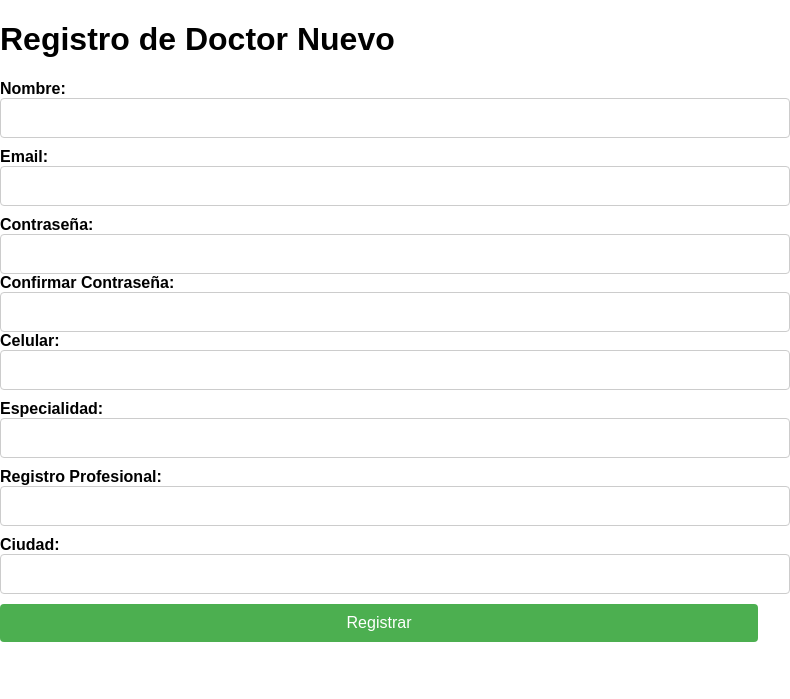
Repository: werfelyesid/historia20
Page: /register
An editor plug-in stored every save of this project. The page is shown before and after the next save, followed by the edit.
The browser window is 768 px wide. The page is 790 px wide, so the pictures cover 790 px, including what lies to the right of the window. The pictures show the whole page.
The project was rebuilt for these pictures with package versions that can differ from the ones it lists, and the page was loaded fresh each time. Also part of the build but not shown: src/Login.js, src/Welcome.tsx, src/NuevoPaciente.js, src/Agenda.css, src/Agenda.tsx, src/Odontograma.css, src/tratamientos.js, src/diagnosticos.js and 20 more.

Above is the page before, as saved 2024-10-19 07:06:40.

After the next save:
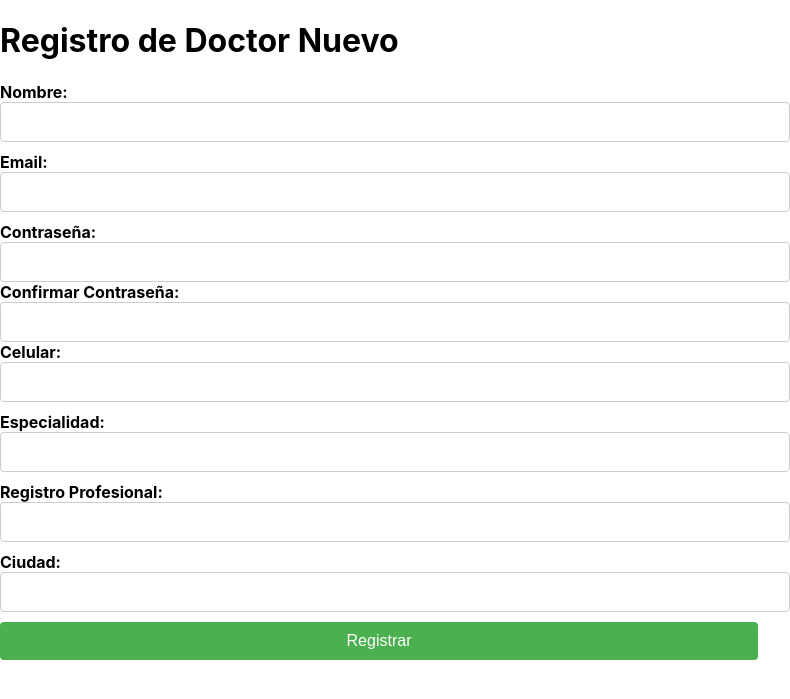
Saved 26 s later.
--- a/src/HistoriaClinica.css
+++ b/src/HistoriaClinica.css
@@ -1,92 +1,94 @@
-/* Estilos generales */
-body {
-  font-family: Arial, sans-serif;
-  margin: 0;
-  padding: 0;
+/* Estilos para la navegación global */
+.globalnav-link-text-container {
+  display: flex;
+  flex-wrap: wrap;
+  background-color: #2c2c2c;
+  padding: 15px 10px;
+  color: white;
+  border-radius: 5px;
 }
 
+.globalnav-link-text-container ul {
+  list-style-type: none;
+  padding: 0;
+  margin: 0;
+  display: flex;
+  flex-wrap: wrap;
+  gap: 10px;
+}
+
+.globalnav-link-text-container li {
+  margin: 0;
+}
+
+.globalnav-link-text-container button {
+  padding: 10px 20px;
+  background-color: transparent;
+  color: white;
+  font-size: 14px;
+  text-align: center;
+  border: 1px solid #555;
+  border-radius: 5px;
+  cursor: pointer;
+  transition: all 0.3s ease;
+}
+
+.globalnav-link-text-container button:hover,
+.globalnav-link-text-container button:focus {
+  background-color: #007bff;
+  outline: none;
+}
+
+.globalnav-link-text-container button:active {
+  transform: scale(1.05);
+  border: 2px solid white;
+  box-shadow: 0 0 0 2px white, 0 0 0 4px #007bff;
+  animation: border-flash 0.3s ease-out;
+}
+
+@keyframes border-flash {
+  0% {
+    box-shadow: 0 0 0 2px rgba(255, 255, 255, 0), 0 0 0 4px rgba(0, 123, 255, 0);
+  }
+  50% {
+    box-shadow: 0 0 0 2px rgba(255, 255, 255, 1), 0 0 0 4px rgba(0, 123, 255, 1);
+  }
+  100% {
+    box-shadow: 0 0 0 2px rgba(255, 255, 255, 0), 0 0 0 4px rgba(0, 123, 255, 0);
+  }
+}
+
+/* Estilos para el contenedor principal */
 .container {
   display: flex;
   flex-direction: row;
-  height: 100vh;
+  max-width: 1200px;
+  margin: 0 auto;
+  padding: 20px;
 }
 
 .sidebar {
-  width: 250px;
-  background-color: #f8f9fa;
-  padding: 20px;
-  box-shadow: 2px 0 5px rgba(0, 0, 0, 0.1);
+  width: 25%;
+  padding-right: 20px;
   overflow-y: auto;
+  max-height: calc(100vh - 100px);
 }
 
 .content {
-  flex: 1;
-  padding: 20px;
-  overflow-y: auto;
+  width: 75%;
 }
 
-.header {
-  background-color: #007bff;
-  color: white;
-  padding: 10px;
-  text-align: center;
-}
+/* Estilos responsivos */
+@media (max-width: 768px) {
+  .globalnav-link-text-container ul {
+    flex-direction: column;
+  }
 
-.button {
-  background-color: #007bff;
-  color: white;
-  border: none;
-  padding: 10px 20px;
-  cursor: pointer;
-  margin: 5px 0;
-}
+  .globalnav-link-text-container button {
+    width: 100%;
+    margin-bottom: 10px;
+  }
 
-.button:hover {
-  background-color: #0056b3;
-}
-
-.table {
-  width: 100%;
-  border-collapse: collapse;
-  margin: 20px 0;
-}
-
-.table th,
-.table td {
-  border: 1px solid #ddd;
-  padding: 8px;
-}
-
-.table th {
-  background-color: #f2f2f2;
-  text-align: left;
-}
-
-.table tr:nth-child(even) {
-  background-color: #f9f9f9;
-}
-
-.table tr:hover {
-  background-color: #f1f1f1;
-}
-
-.form-group {
-  margin-bottom: 15px;
-}
-
-.form-group label {
-  display: block;
-  margin-bottom: 5px;
-}
-
-.form-group input,
-.form-group textarea {
-  width: 100%;
-  padding: 8px;
-  box-sizing: border-box;
-}
-
-@media (max-width: 768px) {
   .container {
     flex-direction: column;
   }
@@ -117,5 +119,6 @@ body {
   margin: -1px;
   overflow: hidden;
   clip: rect(0, 0, 0, 0);
+  white-space: nowrap;
   border: 0;
 }
